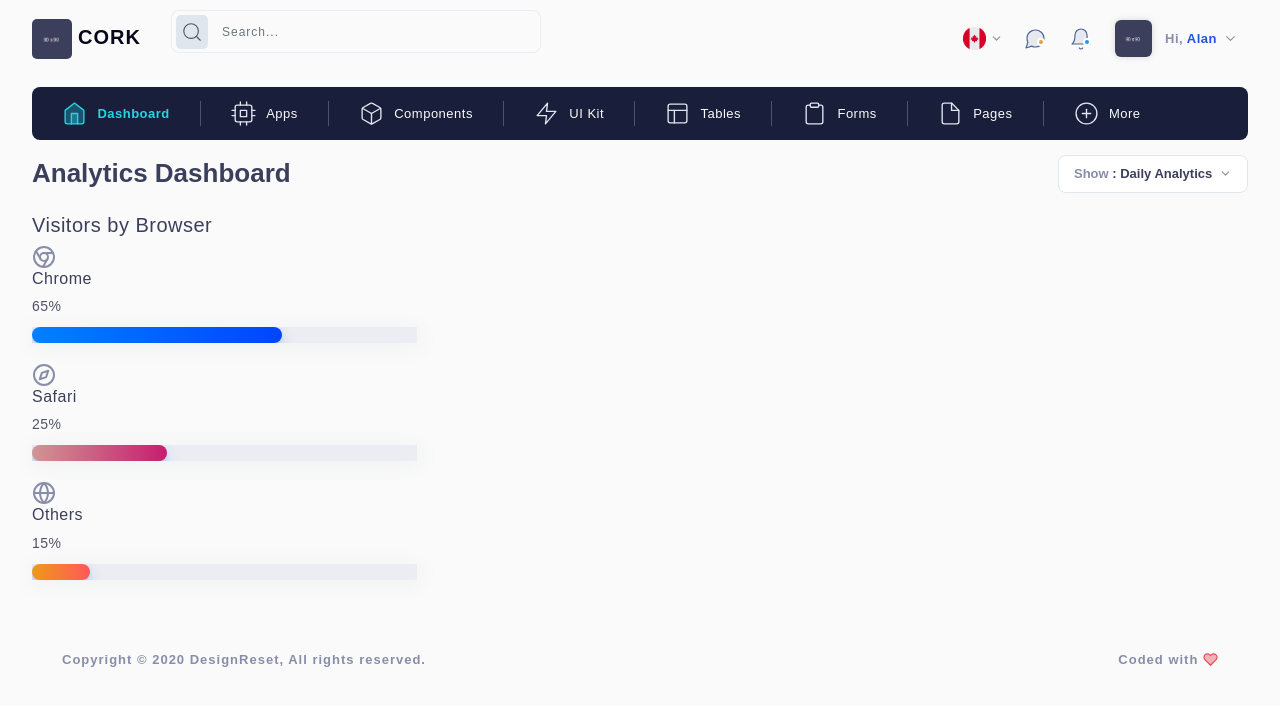
Repository: maruti-1607/corkadmin
Page: resources/views/dashboard/show.blade.php
These files come from the project's save history. The page is drawn as it stood at one moment and after the next save; the edit follows.
The browser window is 1280 px wide. The pictures show the whole page.
Some web fonts or font styles are not loaded; a fallback is used. The page is served by the project's Laravel application, run on PHP 8.4 with Laravel 8. Style sheets and scripts are compiled from the project's sources, by tool versions that may differ from the author's. The template is opened directly, without the code that normally fills it, so the values that code supplies are empty.

Above is the page before, as saved 2020-03-31 15:03:21.

After the next save:
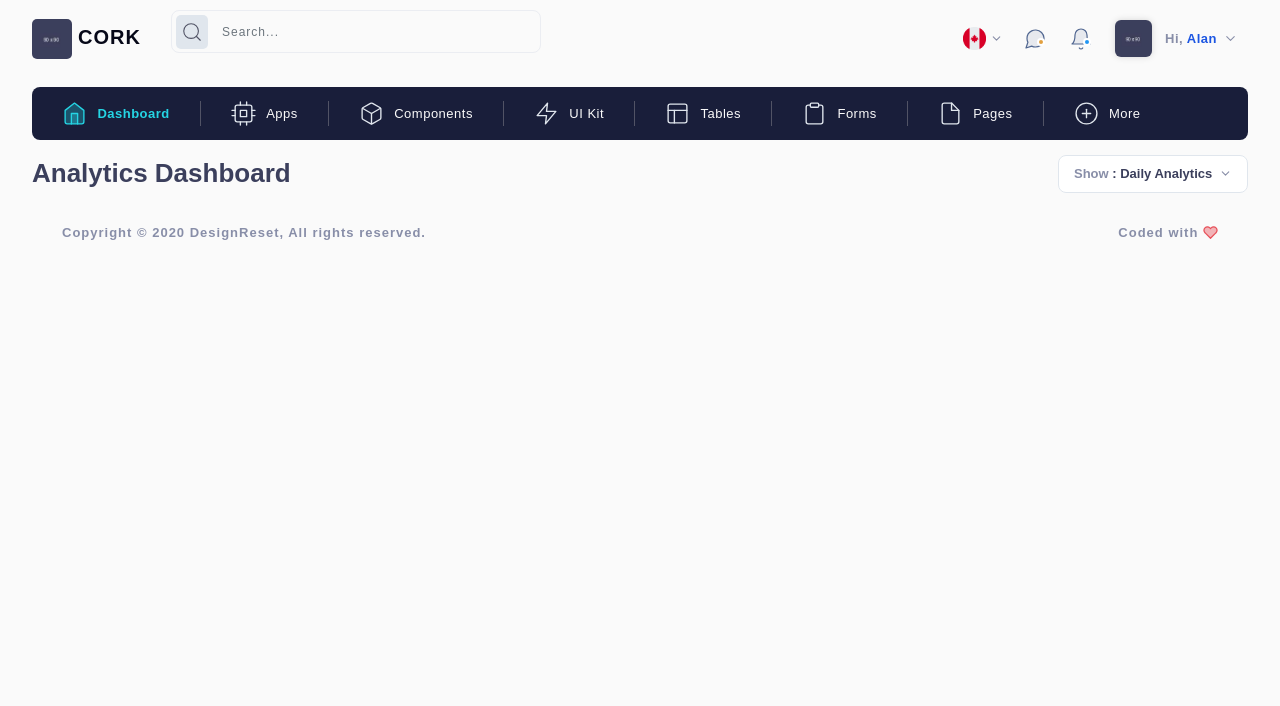
Saved 61 s later.
--- a/resources/views/dashboard/show.blade.php
+++ b/resources/views/dashboard/show.blade.php
@@ -1,77 +1,7 @@
 @extends('layouts.admin')
 @section('content')
 
-<div class="col-xl-4 col-lg-6 col-md-6 col-sm-12 col-12 layout-spacing">
-    <div class="widget-four">
-        <div class="widget-heading">
-            <h5 class="">Visitors by Browser</h5>
-        </div>
-        <div class="widget-content">
-            <div class="vistorsBrowser">
-                <div class="browser-list">
-                    <div class="w-icon">
-                        <svg xmlns="http://www.w3.org/2000/svg" width="24" height="24" viewBox="0 0 24 24" fill="none" stroke="currentColor" stroke-width="2" stroke-linecap="round" stroke-linejoin="round" class="feather feather-chrome"><circle cx="12" cy="12" r="10"></circle><circle cx="12" cy="12" r="4"></circle><line x1="21.17" y1="8" x2="12" y2="8"></line><line x1="3.95" y1="6.06" x2="8.54" y2="14"></line><line x1="10.88" y1="21.94" x2="15.46" y2="14"></line></svg>
-                    </div>
-                    <div class="w-browser-details">
-                        <div class="w-browser-info">
-                            <h6>Chrome</h6>
-                            <p class="browser-count">65%</p>
-                        </div>
-                        <div class="w-browser-stats">
-                            <div class="progress">
-                                <div class="progress-bar bg-gradient-primary" role="progressbar" style="width: 65%" aria-valuenow="90" aria-valuemin="0" aria-valuemax="100"></div>
-                            </div>
-                        </div>
-                    </div>
-                </div>
 
-                <div class="browser-list">
-                    <div class="w-icon">
-                        <svg xmlns="http://www.w3.org/2000/svg" width="24" height="24" viewBox="0 0 24 24" fill="none" stroke="currentColor" stroke-width="2" stroke-linecap="round" stroke-linejoin="round" class="feather feather-compass"><circle cx="12" cy="12" r="10"></circle><polygon points="16.24 7.76 14.12 14.12 7.76 16.24 9.88 9.88 16.24 7.76"></polygon></svg>
-                    </div>
-                    <div class="w-browser-details">
-
-                        <div class="w-browser-info">
-                            <h6>Safari</h6>
-                            <p class="browser-count">25%</p>
-                        </div>
-
-                        <div class="w-browser-stats">
-                            <div class="progress">
-                                <div class="progress-bar bg-gradient-danger" role="progressbar" style="width: 35%" aria-valuenow="65" aria-valuemin="0" aria-valuemax="100"></div>
-                            </div>
-                        </div>
-
-                    </div>
-
-                </div>
-
-                <div class="browser-list">
-                    <div class="w-icon">
-                        <svg xmlns="http://www.w3.org/2000/svg" width="24" height="24" viewBox="0 0 24 24" fill="none" stroke="currentColor" stroke-width="2" stroke-linecap="round" stroke-linejoin="round" class="feather feather-globe"><circle cx="12" cy="12" r="10"></circle><line x1="2" y1="12" x2="22" y2="12"></line><path d="M12 2a15.3 15.3 0 0 1 4 10 15.3 15.3 0 0 1-4 10 15.3 15.3 0 0 1-4-10 15.3 15.3 0 0 1 4-10z"></path></svg>
-                    </div>
-                    <div class="w-browser-details">
-
-                        <div class="w-browser-info">
-                            <h6>Others</h6>
-                            <p class="browser-count">15%</p>
-                        </div>
-
-                        <div class="w-browser-stats">
-                            <div class="progress">
-                                <div class="progress-bar bg-gradient-warning" role="progressbar" style="width: 15%" aria-valuenow="15" aria-valuemin="0" aria-valuemax="100"></div>
-                            </div>
-                        </div>
-
-                    </div>
-
-                </div>
-
-            </div>
-
-        </div>
-    </div>
-</div>
 
 
 @endsection
